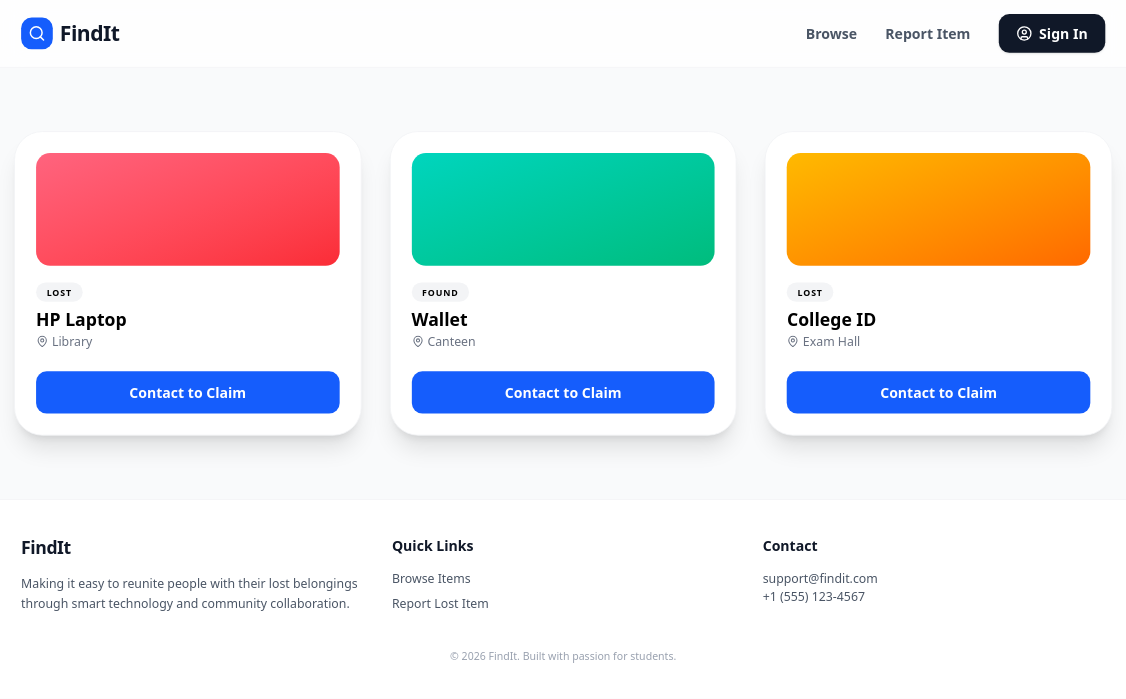
Repository: roygaurav007/lost-and-found
Page: /browse (app in Frontend/client/)
These files come from the project's save history. The page is drawn as it stood at one moment and after a run of saves; the edit follows.
The browser window is 1280 px wide. The pictures show the whole page, at 88% of full size.
The project was rebuilt for these pictures with package versions that can differ from the ones it lists, and the page was loaded fresh each time. Also part of the build but not shown: Frontend/client/vite.config.js, Frontend/client/src/pages/Home.jsx, Frontend/client/src/pages/Login.jsx, Frontend/client/src/utils/formSchemas.js, Frontend/client/src/pages/ReportItem.jsx, Frontend/client/src/pages/AdminDashboard.jsx.

Above is the page before, as saved 2026-02-02 16:16:40.

After the next 2 saves:
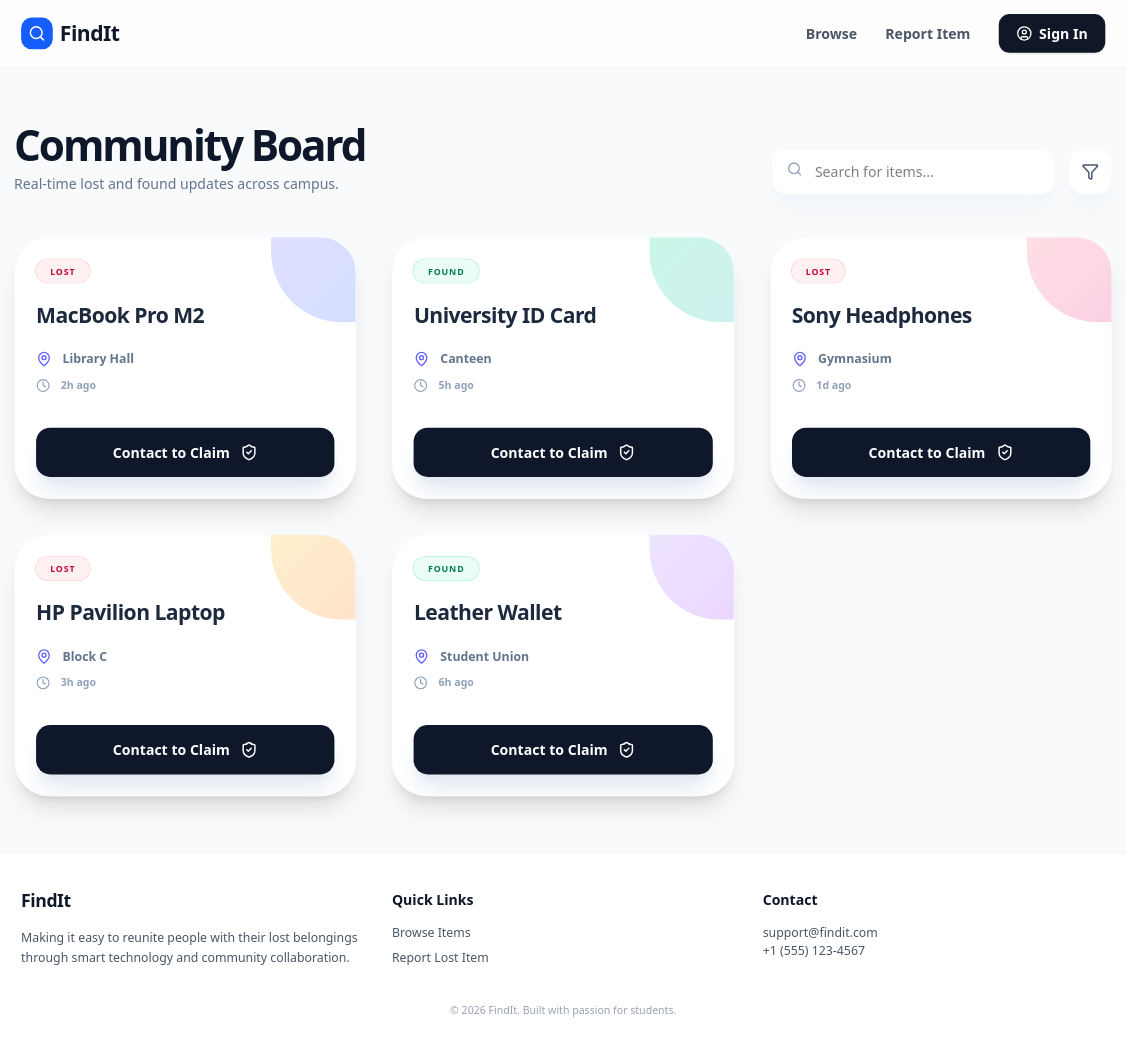
The 2 saves are shown as one change because they came seconds apart.
The last was saved 10 s later.
--- a/Frontend/client/src/pages/BrowseItems.jsx
+++ b/Frontend/client/src/pages/BrowseItems.jsx
@@ -1,34 +1,60 @@
 import { motion } from 'framer-motion';
-import { MapPin, Tag, Clock } from 'lucide-react';
+import { MapPin, Search, Clock, ShieldCheck, Filter } from 'lucide-react';
 
-const MOCK_DATA = [
-  { id: 1, name: "HP Laptop", type: "Lost", loc: "Library", color: "from-rose-400 to-red-500" },
-  { id: 2, name: "Wallet", type: "Found", loc: "Canteen", color: "from-teal-400 to-emerald-500" },
-  { id: 3, name: "College ID", type: "Lost", loc: "Exam Hall", color: "from-amber-400 to-orange-500" },
+const MOCK_ITEMS = [
+  { id: 1, name: "MacBook Pro M2", type: "Lost", loc: "Library Hall", time: "2h ago", color: "from-indigo-500 to-blue-600" },
+  { id: 2, name: "University ID Card", type: "Found", loc: "Canteen", time: "5h ago", color: "from-emerald-400 to-teal-500" },
+  { id: 3, name: "Sony Headphones", type: "Lost", loc: "Gymnasium", time: "1d ago", color: "from-rose-400 to-pink-600" },
+  { id: 4, name: "HP Pavilion Laptop", type: "Lost", loc: "Block C", time: "3h ago", color: "from-amber-400 to-orange-500" },
+  { id: 5, name: "Leather Wallet", type: "Found", loc: "Student Union", time: "6h ago", color: "from-violet-400 to-purple-600" },
 ];
 
 const BrowseItems = () => {
   return (
-    <div className="grid grid-cols-1 md:grid-cols-3 gap-8 py-10">
-      {MOCK_DATA.map((item, i) => (
-        <motion.div
-          initial={{ opacity: 0, scale: 0.9 }}
-          animate={{ opacity: 1, scale: 1 }}
-          transition={{ delay: i * 0.1 }}
-          key={item.id}
-          className="bg-white p-6 rounded-[2rem] shadow-xl hover:shadow-2xl transition-all border border-gray-100"
-        >
-          <div className={`h-32 w-full rounded-2xl bg-gradient-to-br ${item.color} mb-4`} />
-          <span className="text-[10px] font-black uppercase tracking-widest bg-gray-100 px-3 py-1 rounded-full">
-            {item.type}
-          </span>
-          <h3 className="text-xl font-bold mt-2">{item.name}</h3>
-          <p className="text-gray-500 text-sm flex items-center gap-1"><MapPin size={14}/> {item.loc}</p>
-          <button className="w-full mt-6 py-3 bg-blue-600 text-white rounded-xl font-bold hover:bg-blue-700 active:scale-95 transition">
-            Contact to Claim
+    <div className="space-y-12 py-8">
+      <header className="flex flex-col md:flex-row justify-between items-end gap-6">
+        <div>
+          <h1 className="text-5xl font-black text-slate-900 tracking-tighter">Community Board</h1>
+          <p className="text-slate-500 font-medium mt-2">Real-time lost and found updates across campus.</p>
+        </div>
+        <div className="flex gap-4 w-full md:w-auto">
+          <div className="relative flex-grow md:w-80">
+            <Search className="absolute left-4 top-3.5 text-slate-400" size={18} />
+            <input type="text" placeholder="Search for items..." className="w-full p-3.5 pl-12 bg-white rounded-2xl shadow-xl shadow-slate-100 border-none focus:ring-2 focus:ring-indigo-500 outline-none font-medium" />
+          </div>
+          <button className="bg-white p-3.5 rounded-2xl shadow-xl shadow-slate-100 hover:bg-slate-50 transition border border-slate-50">
+            <Filter size={20} className="text-slate-600" />
           </button>
-        </motion.div>
-      ))}
+        </div>
+      </header>
+
+      <div className="grid grid-cols-1 md:grid-cols-2 lg:grid-cols-3 gap-10">
+        {MOCK_ITEMS.map((item, i) => (
+          <motion.div
+            key={item.id}
+            initial={{ opacity: 0, y: 30 }} animate={{ opacity: 1, y: 0 }}
+            transition={{ delay: i * 0.1 }}
+            whileHover={{ y: -10 }}
+            className="group bg-white p-6 rounded-[2.5rem] shadow-xl hover:shadow-2xl transition-all border border-slate-50 relative overflow-hidden"
+          >
+            <div className={`absolute top-0 right-0 w-32 h-32 bg-gradient-to-br ${item.color} opacity-20 rounded-bl-[5rem] -mr-8 -mt-8 group-hover:scale-125 transition-transform duration-500`} />
+
+            <span className={`px-4 py-1.5 rounded-full text-[10px] font-black uppercase tracking-widest ring-1 ${item.type === 'Found' ? 'bg-emerald-50 text-emerald-700 ring-emerald-200' : 'bg-rose-50 text-rose-700 ring-rose-200'}`}>
+              {item.type}
+            </span>
+
+            <h3 className="text-2xl font-black text-slate-800 mt-6 group-hover:text-indigo-600 transition tracking-tight">{item.name}</h3>
+            <div className="mt-6 space-y-3">
+              <p className="flex items-center gap-3 text-slate-500 font-bold text-sm"><MapPin size={18} className="text-indigo-500" /> {item.loc}</p>
+              <p className="flex items-center gap-3 text-slate-400 font-bold text-xs"><Clock size={16} /> {item.time}</p>
+            </div>
+
+            <button className="w-full mt-10 py-4 bg-slate-900 text-white rounded-2xl font-black hover:bg-indigo-600 shadow-xl shadow-slate-200 transition-all flex items-center justify-center gap-3 active:scale-95">
+              Contact to Claim <ShieldCheck size={20} />
+            </button>
+          </motion.div>
+        ))}
+      </div>
     </div>
   );
 };
